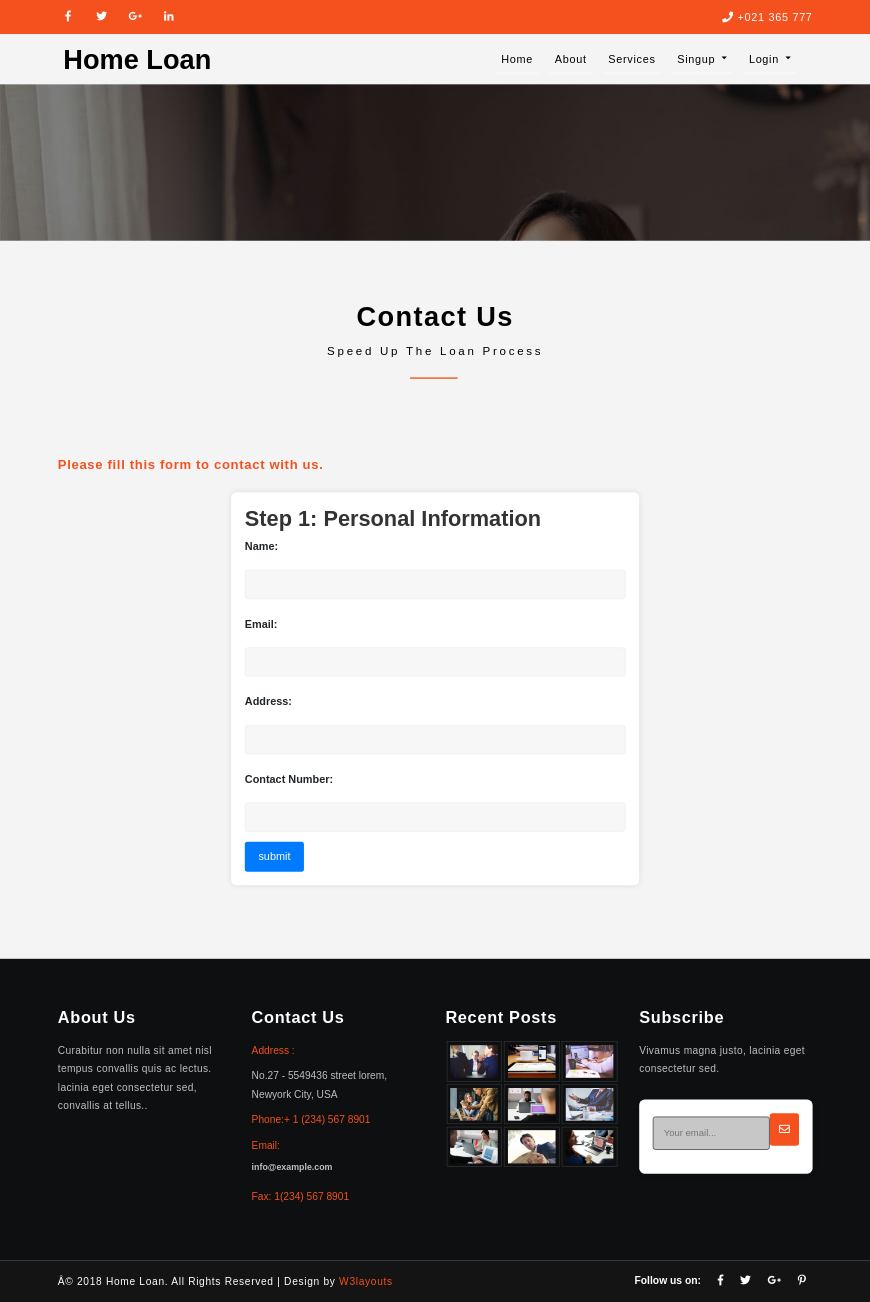
Repository: 72-faisal/Spring-MVC-project
Page: http://localhost/HomeLoan/WEB-INF/views/UserFormForLoanOnline.jsp
These files come from the project's save history. The page is drawn as it stood at one moment and after the next save; the edit follows.
The browser window is 1280 px wide. The pictures show the whole page, at 68% of full size.
Some web fonts or font styles are not loaded; a fallback is used. The page is served by Tomcat 9. Nobody is signed in. Other server files are loaded and not shown. The template is opened directly, without the code that normally fills it, so the values that code supplies are empty.

Above is the page before, as saved 2024-01-10 08:45:40.

### HomeLoan/src/main/webapp/WEB-INF/views/UserFormForLoanOnline.jsp
<%@ page language="java" contentType="text/html; charset=ISO-8859-1"
	pageEncoding="ISO-8859-1"%>

<!--
Author: W3layouts
Author URL: http://w3layouts.com
License: Creative Commons Attribution 3.0 Unported
License URL: http://creativecommons.org/licenses/by/3.0/
-->
<!DOCTYPE HTML>
<html lang="zxx">

<head>
<title>Home Loan a Banking Category Flat Bootstrap Responsive
	Website Template | Contact :: w3layouts</title>
<meta name="viewport" content="width=device-width, initial-scale=1">
<meta charset="utf-8">
<meta name="keywords"
	content="Home Loan Responsive web template, Bootstrap Web Templates, Flat Web Templates, Android Compatible web template,
SmartPhone Compatible web template, free WebDesigns for Nokia, Samsung, LG, SonyEricsson, Motorola web design" />
<script>
	addEventListener("load", function() {
		setTimeout(hideURLbar, 0);
	}, false);

	function hideURLbar() {
		window.scrollTo(0, 1);
	}
</script>

<!-- Bootstrap Core CSS -->
<link href="<%=request.getContextPath()%>/resources/css/bootstrap.css"
	rel='stylesheet' type='text/css' />
<link href="<%=request.getContextPath()%>/resources/css/style.css"
	rel='stylesheet' type='text/css' />
<!-- font-awesome icons -->
<link
	href="<%=request.getContextPath()%>/resources/css/fontawesome-all.min.css"
	rel="stylesheet">
<!-- //Custom Theme files -->
<!-- online fonts -->
<!-- titles -->
<link
	href="//fonts.googleapis.com/css?family=Raleway:300,400,500,600,700,800,900"
	rel="stylesheet">
<!-- body -->
<link
	href="//fonts.googleapis.com/css?family=Poppins:400,500,600,700,800"
	rel="stylesheet">
<style type="text/css">
body {
	font-family: 'Arial', sans-serif;
	background-color: #f4f4f4;
	margin: 0;
	padding: 0;
}

form {
	background-color: #fff;
	max-width: 600px;
	margin: 20px auto;
	padding: 20px;
	border-radius: 8px;
	box-shadow: 0 0 10px rgba(0, 0, 0, 0.1);
}

h2 {
	color: #333;
}

label {
	display: block;
	margin-top: 10px;
	font-weight: bold;
}

input {
	width: 100%;
	padding: 10px;
	margin-top: 5px;
	margin-bottom: 15px;
	box-sizing: border-box;
	border: 1px solid #ccc;
	border-radius: 4px;
}

button {
	background-color: #007bff;
	color: #fff;
	border: none;
	padding: 10px 20px;
	border-radius: 4px;
	cursor: pointer;
}

button:hover {
	background-color: #0056b3;
}

/* Style for each step/page */
#step1, #step2, #step3 {
	display: none;
}

/* Common styling for steps */
#step1 h2, #step2 h2, #step3 h2 {
	color: #333;
	border-bottom: 2px solid #ccc;
	padding-bottom: 10px;
	margin-bottom: 20px;
}

/* Responsive styling for small screens */
@media ( max-width : 600px) {
	form {
		margin: 10px;
		padding: 15px;
	}
}
</style>
</head>

<body>

	<!-- header -->
	<header>
		<div class="top">
			<div class="container">
				<div class="t-op row">
					<div class="col-sm-6 top-middle">
						<ul>
							<li><a href="#"><i class="fab fa-facebook-f"></i></a></li>
							<li><a href="#"><i class="fab fa-twitter"></i></a></li>
							<li><a href="#"><i class="fab fa-google-plus-g"></i></a></li>
							<li><a href="#"><i class="fab fa-linkedin-in"></i></a></li>
						</ul>
					</div>
					<div class="col-sm-6 top-left">
						<ul>
							<li><i class="fas fa-phone"></i> +021 365 777</li>
						</ul>
					</div>
				</div>
			</div>
		</div>
		<div class="container">
			<nav class="navbar navbar-expand-lg navbar-light">
				<h1>
					<a class="navbar-brand text-capitalize" href=index> Home Loan </a>
				</h1>
				<button class="navbar-toggler" type="button" data-toggle="collapse"
					data-target="#navbarSupportedContent"
					aria-controls="navbarSupportedContent" aria-expanded="false"
					aria-label="Toggle navigation">
					<span class="navbar-toggler-icon"></span>
				</button>

				<div class="collapse navbar-collapse" id="navbarSupportedContent">
					<ul class="navbar-nav text-center  ml-lg-auto">
						<li class="nav-item mr-3"><a class="nav-link" href=index>Home
								<span class="sr-only">(current)</span>
						</a></li>
						<li class="nav-item  mr-3"><a class="nav-link" href="about">About</a>
						</li>
						<li class="nav-item  mr-3"><a class="nav-link"
							href="services">Services</a></li>
						<li class="nav-item dropdown mr-3"><a
							class="nav-link dropdown-toggle" href="#" id="navbarDropdown"
							role="button" data-toggle="dropdown" aria-haspopup="true"
							aria-expanded="false"> Singup </a>
							<div class="dropdown-menu" aria-labelledby="navbarDropdown">
								<a class="dropdown-item" href="UserRegister">Register</a>
								<!-- <a class="dropdown-item" href="gallery">Gallery</a> -->
							</div></li>
						<li class="nav-item dropdown mr-3"><a
							class="nav-link dropdown-toggle" href="#" id="navbarDropdown"
							role="button" data-toggle="dropdown" aria-haspopup="true"
							aria-expanded="false"> Login </a>
							<div class="dropdown-menu" aria-labelledby="navbarDropdown">
								<a class="dropdown-item" href="UserLogin">Login</a>
								<!-- <a class="dropdown-item" href="gallery">Gallery</a> -->
							</div></li>
						<!-- 	<li class="nav-item active"><a class="nav-link"
							href="contact">contact</a></li> -->
					</ul>
				</div>
			</nav>
		</div>
	</header>
	<!-- //header -->
	<!-- banner -->
	<section class="banner-1"></section>
	<!-- //banner -->
	<!--/contact-->
	<section class="contact py-5">
		<div class="container py-md-4 mt-md-3">
			<h2 class="heading-agileinfo">
				Contact Us<span>Speed Up The Loan Process</span>
			</h2>
			<span class="w3-line black"></span>
			<div class="inner-sec-w3layouts-agileinfo mt-md-5 pt-5">

				<div class="contact_grid_right mt-5">
					<h6>Please fill this form to contact with us.</h6>
					<form action="UploadDocuments" method="post"
						enctype="multipart/form-data" >
						<!-- Step 1: Personal Information 👆👆👆 id="multiStepForm"-->
						<div id="1">


							<h2>Step 1: Personal Information</h2>
							<label for="lname">Name:</label>
							<input type="text" id="lname"	name="lname" required>

							<label for="lemail">Email:</label>
							<input type="text" id="lemail" name="lemail" required>

							<label for="laddress">Address:</label>
							<input type="text" id="laddress" name="laddress" required>

							<label for="lcontact">Contact Number:</label>
							<input type="text" id="lcontact" name="lcontact" required>
							<!-- <input type="hidden" name="currentStep" id="currentStep"
								value="1"> -->
								<button type="button" name="action" value="Submit">submit</button>
							<!-- <button type="button" onclick="nextStep()">Next</button> -->

						</div>
					</form>
				</div>
			</div>
		</div>
	</section>
	<!--//contact-->
	<!--footer-->
	<footer>
		<div class="container py-md-4 mt-md-3">
			<div class="row footer-top-w3layouts-agile py-5">
				<div class="col-lg-3 col-md-6 col-sm-6 footer-grid">
					<div class="footer-title">
						<h3>About Us</h3>
					</div>
					<div class="footer-text">
						<p>Curabitur non nulla sit amet nisl tempus convallis quis ac
							lectus. lacinia eget consectetur sed, convallis at tellus..</p>

					</div>
				</div>
				<div class="col-lg-3 col-md-6 col-sm-6 footer-grid">
					<div class="footer-title">
						<h3>Contact Us</h3>
					</div>
					<div class="footer-office-hour">
						<ul>
							<li class="hd">Address :</li>
							<li>No.27 - 5549436 street lorem, Newyork City, USA</li>

						</ul>
						<ul>
							<li class="hd">Phone:+ 1 (234) 567 8901</li>
							<li class="hd">Email: <a href="mailto:info@example.com">info@example.com</a>
							</li>
							<li class="hd">Fax: 1(234) 567 8901</li>
						</ul>
					</div>
				</div>
				<div class="col-lg-3 col-md-6 col-sm-6 footer-grid">
					<div class="footer-title">
						<h3>Recent Posts</h3>
					</div>
					<div class="footer-list">
						<div class="flickr-grid">
							<a href="#" data-toggle="modal" data-target="#myModal"> <img
								src="<%=request.getContextPath()%>/resources/images/g1.jpg"
								class="img-fluid" alt=" ">
							</a>
						</div>
						<div class="flickr-grid">
							<a href="#" data-toggle="modal" data-target="#myModal"> <img
								src="<%=request.getContextPath()%>/resources/images/g2.jpg"
								class="img-fluid" alt=" ">
							</a>
						</div>
						<div class="flickr-grid">
							<a href="#" data-toggle="modal" data-target="#myModal"> <img
								src="<%=request.getContextPath()%>/resources/images/g3.jpg"
								class="img-fluid" alt=" ">
							</a>
						</div>
						<div class="flickr-grid">
							<a href="#" data-toggle="modal" data-target="#myModal"> <img
								src="<%=request.getContextPath()%>/resources/images/g4.jpg"
								class="img-fluid" alt=" ">
							</a>
						</div>
						<div class="flickr-grid">
							<a href="#" data-toggle="modal" data-target="#myModal"> <img
								src="<%=request.getContextPath()%>/resources/images/g5.jpg"
								class="img-fluid" alt=" ">
							</a>
						</div>
						<div class="flickr-grid">
							<a href="#" data-toggle="modal" data-target="#myModal"> <img
								src="<%=request.getContextPath()%>/resources/images/g6.jpg"
								class="img-fluid" alt=" ">
							</a>
						</div>
						<div class="flickr-grid">
							<a href="#" data-toggle="modal" data-target="#myModal"> <img
								src="<%=request.getContextPath()%>/resources/images/g7.jpg"
								class="img-fluid" alt=" ">
							</a>
						</div>
						<div class="flickr-grid">
							<a href="#" data-toggle="modal" data-target="#myModal"> <img
								src="<%=request.getContextPath()%>/resources/images/g9.jpg"
								class="img-fluid" alt=" ">
							</a>
						</div>
						<div class="flickr-grid">
							<a href="#" data-toggle="modal" data-target="#myModal"> <img
								src="<%=request.getContextPath()%>/resources/images/g8.jpg"
								class="img-fluid" alt=" ">
							</a>
						</div>
						<div class="clearfix"></div>
					</div>
				</div>
				<div class="col-lg-3 col-md-6 col-sm-6 footer-grid">
					<div class="footer-title">
						<h3>Subscribe</h3>
					</div>
					<p>Vivamus magna justo, lacinia eget consectetur sed.</p>
					<form action="#" method="post" class="newsletter">
						<input class="email" type="email" placeholder="Your email..."
							required="">
						<button class="btn1">
							<i class="far fa-envelope"></i>
						</button>
					</form>
					<div class="clearfix"></div>
				</div>
			</div>
		</div>
	</footer>
	<!---->
	<div class="copyright py-3">
		<div class="container">
			<div class="copyrighttop">
				<ul>
					<li>
						<h4>Follow us on:</h4>
					</li>
					<li><a class="facebook" href="#"> <i
							class="fab fa-facebook-f"></i>
					</a></li>
					<li><a class="facebook" href="#"> <i
							class="fab fa-twitter"></i>
					</a></li>
					<li><a class="facebook" href="#"> <i
							class="fab fa-google-plus-g"></i>
					</a></li>
					<li><a class="facebook" href="#"> <i
							class="fab fa-pinterest-p"></i>
					</a></li>
				</ul>
			</div>
			<div class="copyrightbottom">
				<p>
					© 2018 Home Loan. All Rights Reserved | Design by <a
						href="http://w3layouts.com/">W3layouts</a>
				</p>
			</div>
			<div class="clearfix"></div>
		</div>
	</div>
	<!-- Modal -->
	<div class="modal fade" id="myModal" tabindex="-1" role="dialog"
		aria-labelledby="exampleModalCenterTitle" aria-hidden="true">
		<div class="modal-dialog modal-dialog-centered" role="document">
			<div class="modal-content">
				<div class="modal-header">
					<h4 class="modal-title">Home Loan</h4>
					<button type="button" class="close" data-dismiss="modal"
						aria-label="Close">
						<span aria-hidden="true">&times;</span>
					</button>
				</div>
				<div class="modal-body">
					<div class="agileits-w3layouts-info">
						<img src="<%=request.getContextPath()%>/resources/images/g6.jpg"
							class="img-fluid" alt="" />
						<p>Duis venenatis, turpis eu bibendum porttitor, sapien quam
							ultricies tellus, ac rhoncus risus odio eget nunc. Pellentesque
							ac fermentum diam. Integer eu facilisis nunc, a iaculis felis.
							Pellentesque pellentesque tempor enim, in dapibus turpis
							porttitor quis.</p>
					</div>
				</div>
				<div class="modal-footer">
					<button type="button" class="btn btn-secondary"
						data-dismiss="modal">Close</button>
					<button type="button" class="btn btn-primary">Save changes</button>
				</div>
			</div>
		</div>
	</div>
	<!-- //Modal -->
	<!-- js-->
	<script>
		function nextStep() {
			// Update the current step
			document.getElementById('currentStep').value++;
			// Submit the form to the next JSP file (step2.jsp)
			document.getElementById('multiStepForm').action = 'UserFormForLoanOnline2';
			document.getElementById('multiStepForm').submit();
		}
	</script>
	<script
		src="<%=request.getContextPath()%>/resources/js/jquery-2.2.3.min.js"></script>
	<!-- js-->
	<!-- Bootstrap Core JavaScript -->
	<script src="<%=request.getContextPath()%>/resources/js/bootstrap.js ">

	</script>
	<!-- //Bootstrap Core JavaScript -->
</body>
</html>

Loaded but not shown: HomeLoan/src/main/webapp/WEB-INF/resources/assets/css/bootstrap.css (library); HomeLoan/src/main/webapp/WEB-INF/resources/assets/css/fontawesome-all.min.css (library); HomeLoan/src/main/webapp/WEB-INF/resources/assets/js/jquery-2.2.3.min.js (library); HomeLoan/src/main/webapp/WEB-INF/resources/assets/js/bootstrap.js (library); HomeLoan/src/main/webapp/WEB-INF/resources/assets/css/style.css (2094 lines, source omitted)

After the next save:
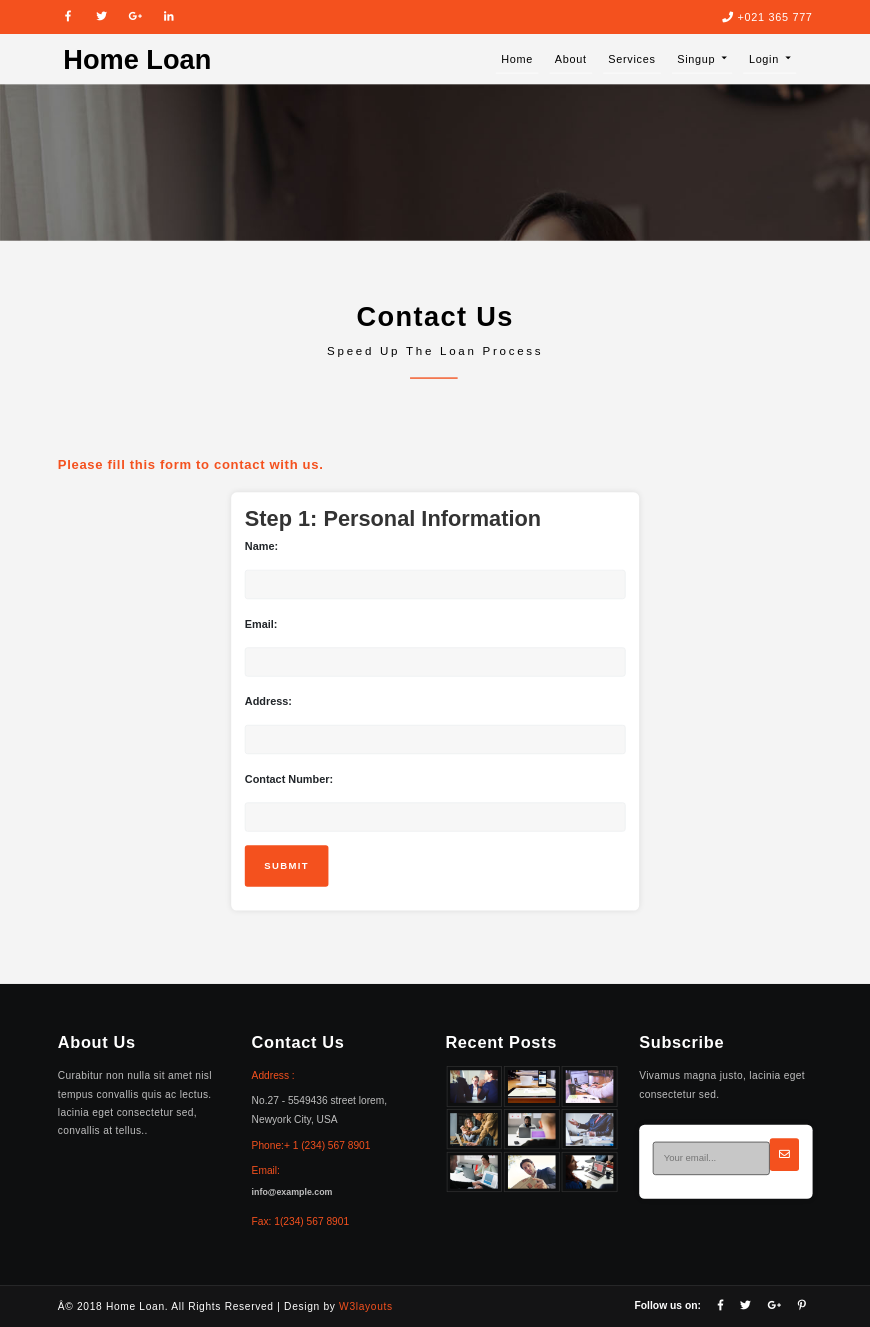
Saved 119 s later.
--- a/HomeLoan/src/main/webapp/WEB-INF/views/UserFormForLoanOnline.jsp
+++ b/HomeLoan/src/main/webapp/WEB-INF/views/UserFormForLoanOnline.jsp
@@ -222,7 +222,7 @@ button:hover {
 							<input type="text" id="lcontact" name="lcontact" required>
 							<!-- <input type="hidden" name="currentStep" id="currentStep"
 								value="1"> -->
-								<button type="button" name="action" value="Submit">submit</button>
+								 <input type="submit" name="action"  value="Submit">
 							<!-- <button type="button" onclick="nextStep()">Next</button> -->
 
 						</div>
